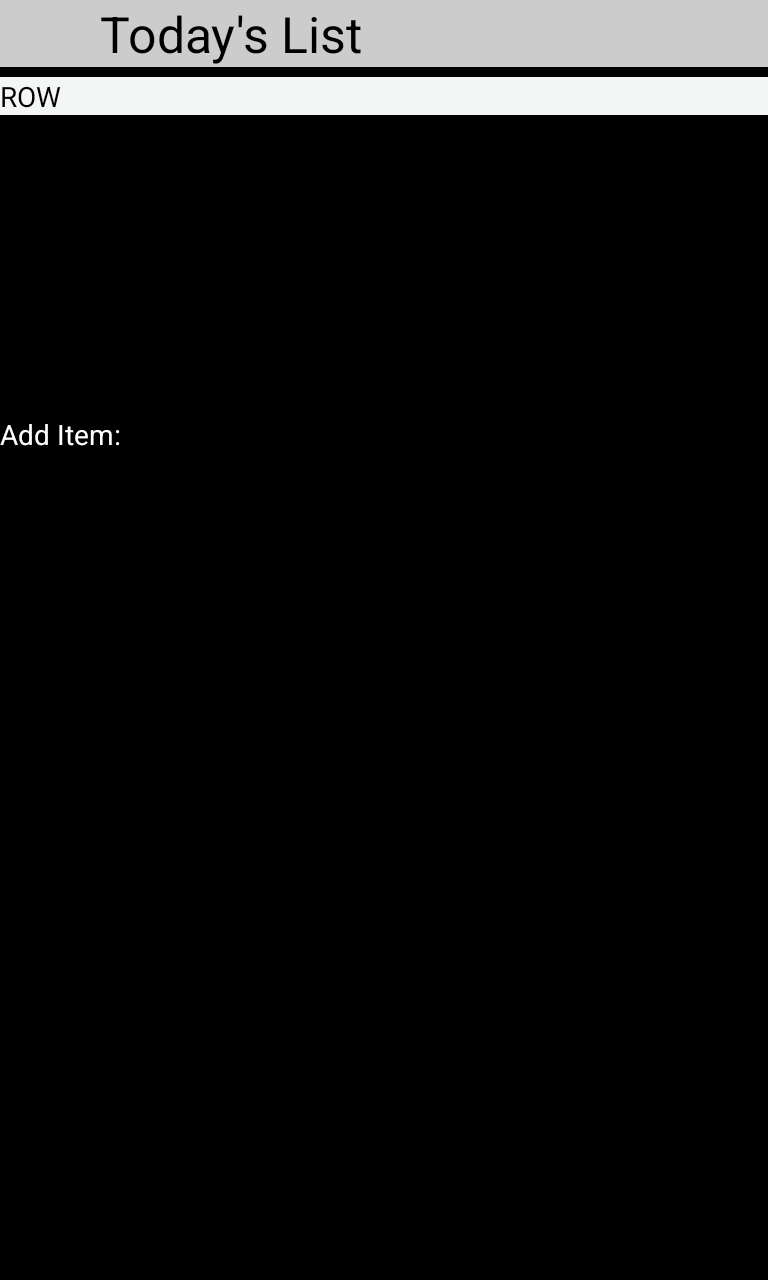
Repository: adatta02/comp194ma
Layout: hello_world/res/layout/main.xml
An editor plug-in stored every save of this project. The layout is shown before and after the next save, followed by the edit.
It is drawn on a 768 x 1280 px phone screen (xhdpi) without system bars, with theme android:Theme; the app's code is not run.

Above is the layout before, as saved 2009-02-03 05:30:41.

### hello_world/res/layout/main.xml
<?xml version="1.0" encoding="utf-8"?>
<LinearLayout xmlns:android="http://schemas.android.com/apk/res/android"
    android:orientation="vertical"
    android:layout_width="fill_parent"
    android:layout_height="fill_parent"
    >

<TextView android:id="@+id/TextView01" android:layout_height="wrap_content" android:text="Today's List" android:textSize="25sp" android:background="#cccccc" android:textColor="#000000" android:paddingLeft="100px" android:layout_width="fill_parent"></TextView><TableLayout android:id="@+id/TableLayout01" android:layout_width="fill_parent" android:layout_height="fill_parent" android:layout_marginTop="10px"><TableRow android:id="@+id/TableRow01" android:layout_height="fill_parent" android:layout_width="fill_parent" android:background="#F4F6F6"><TextView android:id="@+id/TextView02" android:text="ROW" android:layout_height="fill_parent" android:layout_width="fill_parent" android:textColor="#000000"></TextView>
</TableRow>
<TableRow android:id="@+id/TableRow02" android:layout_width="wrap_content" android:layout_height="wrap_content" android:layout_marginTop="300px"><TextView android:id="@+id/TextView03" android:layout_width="wrap_content" android:layout_height="wrap_content" android:text="Add Item:" android:textColor="#ffffff"></TextView></TableRow>
</TableLayout>


</LinearLayout>

After the next save:
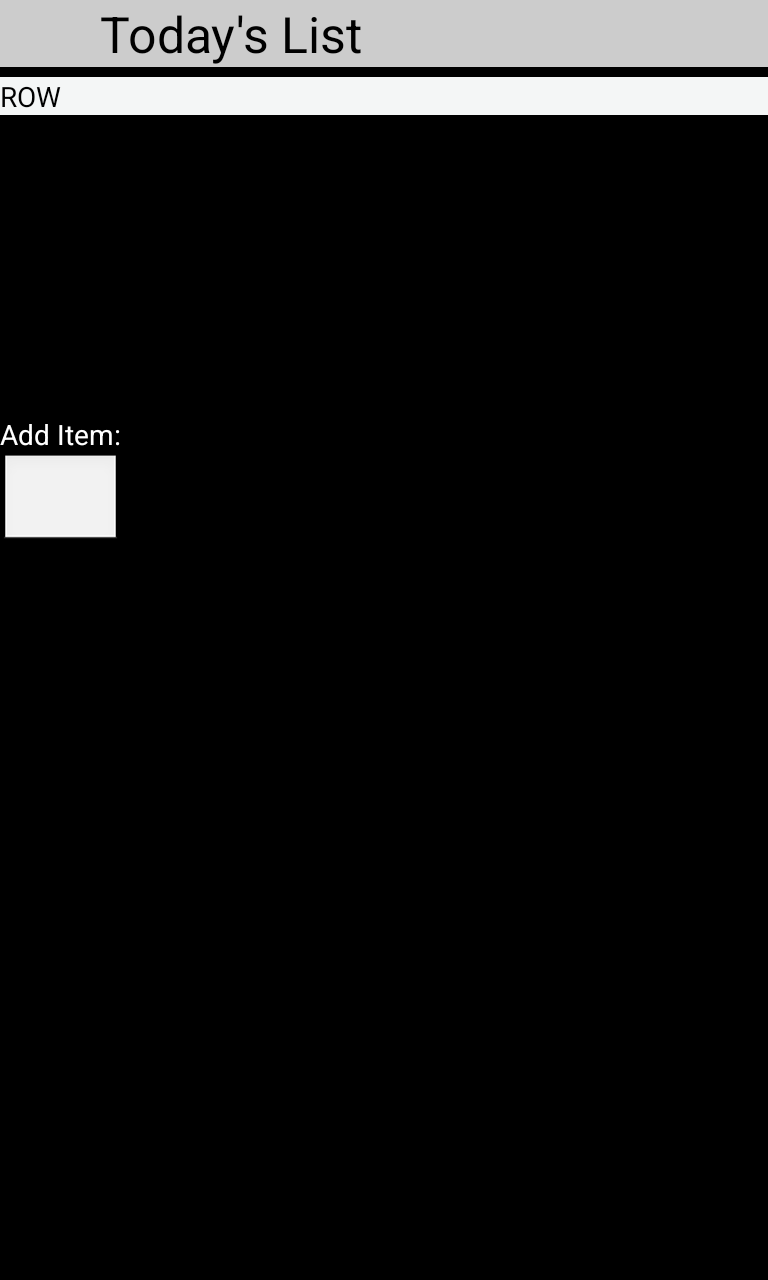
Saved 8 min 6 s later.
--- a/hello_world/res/layout/main.xml
+++ b/hello_world/res/layout/main.xml
@@ -8,6 +8,8 @@
 <TextView android:id="@+id/TextView01" android:layout_height="wrap_content" android:text="Today's List" android:textSize="25sp" android:background="#cccccc" android:textColor="#000000" android:paddingLeft="100px" android:layout_width="fill_parent"></TextView><TableLayout android:id="@+id/TableLayout01" android:layout_width="fill_parent" android:layout_height="fill_parent" android:layout_marginTop="10px"><TableRow android:id="@+id/TableRow01" android:layout_height="fill_parent" android:layout_width="fill_parent" android:background="#F4F6F6"><TextView android:id="@+id/TextView02" android:text="ROW" android:layout_height="fill_parent" android:layout_width="fill_parent" android:textColor="#000000"></TextView>
 </TableRow>
 <TableRow android:id="@+id/TableRow02" android:layout_width="wrap_content" android:layout_height="wrap_content" android:layout_marginTop="300px"><TextView android:id="@+id/TextView03" android:layout_width="wrap_content" android:layout_height="wrap_content" android:text="Add Item:" android:textColor="#ffffff"></TextView></TableRow>
+<TableRow android:id="@+id/TableRow03" android:layout_width="wrap_content" android:layout_height="wrap_content"><EditText android:id="@+id/EditText01" android:layout_width="wrap_content" android:layout_height="wrap_content" android:editable="true"></EditText>
+</TableRow>
 </TableLayout>
 
 
